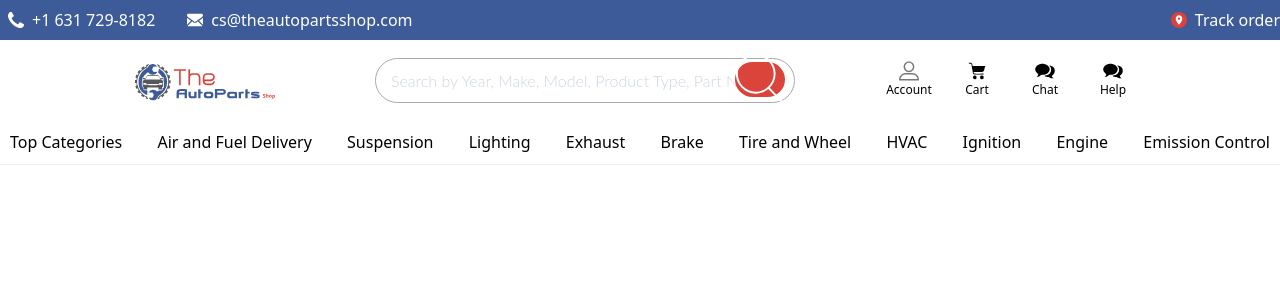
Repository: robindhimanspineor/TAPS-Next
Page: /
These files come from the project's save history. The page is drawn as it stood at one moment and after the next save; the edit follows.
The browser window is 1280 px wide. The pictures show the whole page.
The project was rebuilt for these pictures with package versions that can differ from the ones it lists, and the page was loaded fresh each time. The framework's server and built-in components were replaced by stand-ins that run in the browser. Also part of the build but not shown: next.config.js.

Above is the page before, as saved 2021-09-16 18:13:29.

After the next save:
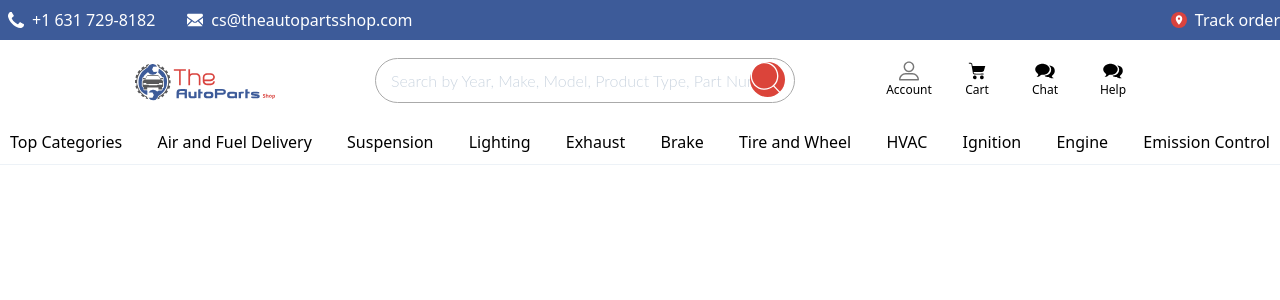
Saved 12 s later.
--- a/src/styles/main.css
+++ b/src/styles/main.css
@@ -105,6 +105,10 @@ a {
   align-items: center;
 }
 
+.searchbar .form-group-wrapper .search-icon button {
+  width: 35px;
+}
+
 .cart-buttons {
   /* flex-basis: 550px; */
   flex-basis: 300px;
